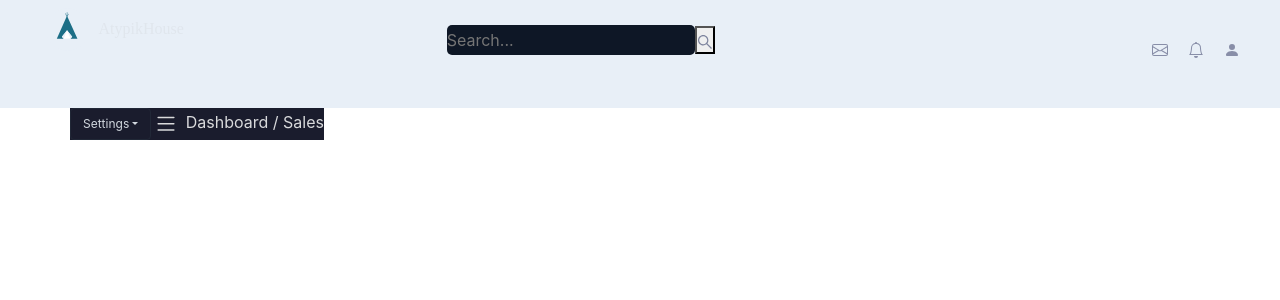
Repository: kifack/API-Symfony-AtypikHouse
Page: / (app in admin-frontend/)
An editor plug-in stored every save of this project. The page is shown before and after the next save, followed by the edit.
The browser window is 1280 px wide. The pictures show the whole page.
Some web libraries are served in a nearby version. The project was rebuilt for these pictures with package versions that can differ from the ones it lists, and the page was loaded fresh each time. Also part of the build but not shown: admin-frontend/src/css/Responsive.css, admin-frontend/src/css/admin/navbar.css, admin-frontend/src/components/template_parts/Header.js, admin-frontend/src/components/template_parts/Footer.js, admin-frontend/src/components/template_parts/Sidebar.js, admin-frontend/src/components/partials/LocationEntry.js, admin-frontend/src/components/template_parts/Spinner.js, admin-frontend/src/actions/location.js and 26 more.

Above is the page before, as saved 2020-10-01 17:50:07.

After the next save:
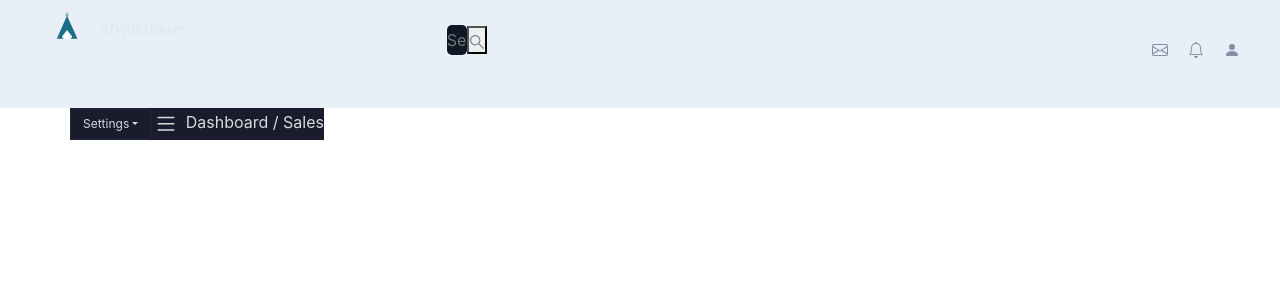
Saved 10 s later.
--- a/admin-frontend/src/css/App.css
+++ b/admin-frontend/src/css/App.css
@@ -189,4 +189,5 @@ input{
   border: 0px;
   border-radius: 5px;
   height: 30px;
+  width: 20px;
 }
